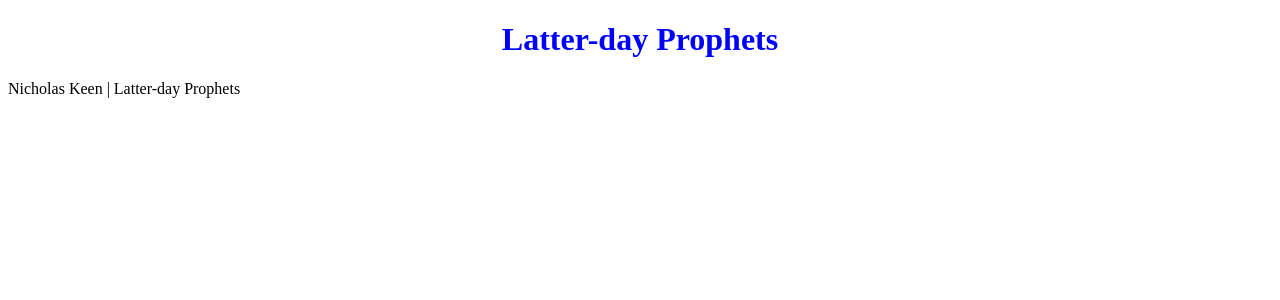
Repository: nak97/WDD230
Page: lesson09/prophets.html
An editor plug-in stored every save of this project. The page is shown before and after the next save, followed by the edit.
The browser window is 1280 px wide. The pictures show the whole page.
The page's requests for data from a server got no answer.

Above is the page before, as saved 2023-11-14 14:49:00.

### lesson09/prophets.html
<!DOCTYPE html>
<html lang="en-US">
<head>
  <meta charset="UTF-8">
  <meta name="viewport" content="width=device-width, initial-scale=1.0">
  <title>prophets cards</title>
  <meta name="description" content="WDD 230 - Nicholas Keen  - Web Frontend Development prophets cards">
  <meta name="author" content="Nicholas Keen">
  <!-- <link rel="stylesheet" href="./styles/normalize.css"> -->
  <link rel="stylesheet" href="./styles/prophets.css">
  <!-- <link rel="stylesheet" href="./styles/media.css"> -->
  <link rel="icon" href="favicon.ico">
  <meta property="og:title" content="facebook"/>
  <meta property="og:type" content="website" />
  <meta property="og:url" content="facebook.com" />
  <meta property="og:image" content="images/facebook-meta-tag-pic.png" />
</head>
<body>
  <header>
    <h1>Latter-day Prophets</h1>
  </header>
  <main>
    <div id="cards"></div>
  </main>
  <footer>
  Nicholas Keen | Latter-day Prophets
  </footer>
  <script src="scripts/prophets.js"></script>
</body>
</html>

### lesson09/styles/prophets.css
header {
  text-align: center;
  color: blue;
}

div{
  display: grid;
  grid-template-columns: repeat(auto-fit, minmax(420px, 1fr));
  text-align: center;
  grid-gap: 1rem;

}
div h2{
  color:purple;
}

img {
  box-shadow: 0 0 30px #777
}

section {
  margin: 0.25rem;
  padding: 0.35rem;
  background-color: #eee;
  border: 1px solid #bbb;
  display: flex;
  flex-direction: column;
  align-items: center;
}

### lesson09/scripts/prophets.js
const url = 'https://brotherblazzard.github.io/canvas-content/latter-day-prophets.json';
const cards = document.querySelector('#cards');

async function getProphetData() {
  const response = await fetch(url);
  const data = await response.json();
  // console.table(data.prophets);
  displayProphets(data.prophets);
}

getProphetData();

const displayProphets = (prophets) => {
  prophets.forEach((prophet) => {
    let card = document.createElement('section');
    let fullName = document.createElement('h2');
    let birthDate = document.createElement('p');
    let portrait = document.createElement('img');
    let birth = document.createElement('p');

    fullName.textContent = prophet.name +' '+ prophet.lastname;
    birthDate.textContent = 'date of Birth: ' + prophet.birthdate;
    birth.textContent =  'Place of birth: ' + prophet.birthplace;
    portrait.setAttribute('src',prophet.imageurl );
    portrait.setAttribute('alt','portrait of  ');
    portrait.setAttribute('loading', "lazy");
    portrait.setAttribute('width', '340');
    portrait.setAttribute('height', '440');
    // portrait.setAttribute('box-shadow ', '0 0 30px #777');

    card.appendChild(fullName);
    card.appendChild(birthDate);
    card.appendChild(birth);
    card.appendChild(portrait);
    cards.appendChild(card);

  });
}

After the next save:
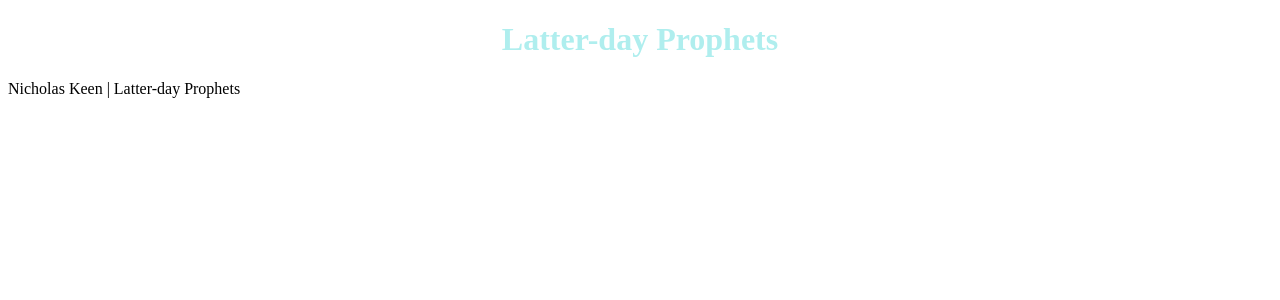
Saved 12 s later.
--- a/lesson09/styles/prophets.css
+++ b/lesson09/styles/prophets.css
@@ -1,6 +1,6 @@
 header {
   text-align: center;
-  color: blue;
+  color: paleturquoise;
 }
 
 div{
